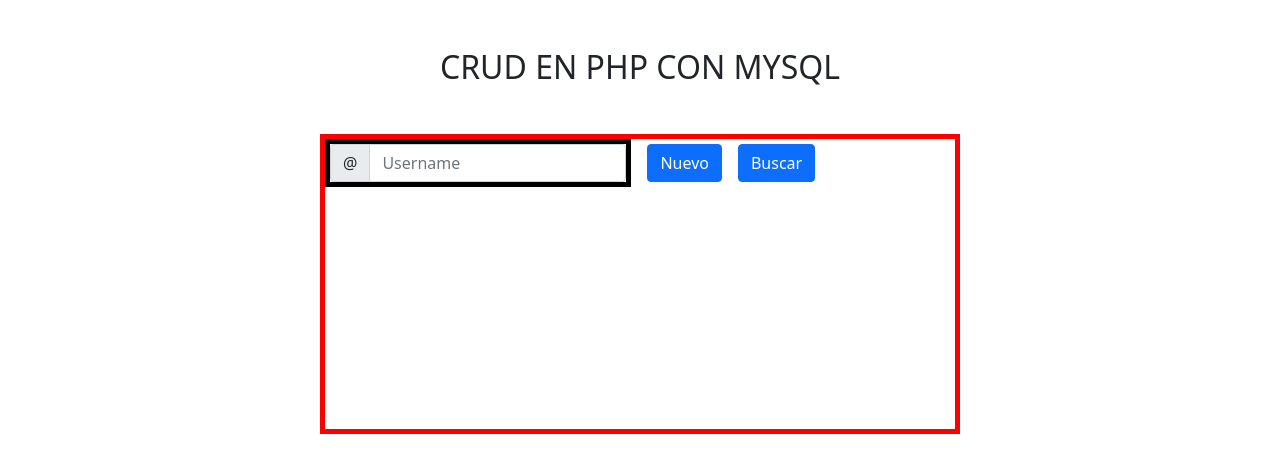
Repository: nder1996/CRUD_SENCILLO
Page: http://localhost/
The author's editor kept a copy of each file at every save. The page is drawn from the files as they stood at one save, then again after the next save.
The browser window is 1280 px wide. The pictures show the whole page.
The page is run by PHP 8.4 with error messages shown; the project is at /var/www/html/.

Above is the page before, as saved 2021-10-04 19:48:14.

### CRUD - SILENCIADO/index.php
<!DOCTYPE html>
<html lang="en">
<head>
    <meta charset="UTF-8">
    <meta http-equiv="X-UA-Compatible" content="IE=edge">
    <meta name="viewport" content="width=device-width, initial-scale=1.0">
    <title>CRUD PHP</title>
    <link href="https://cdn.jsdelivr.net/npm/bootstrap@5.1.1/dist/css/bootstrap.min.css" rel="stylesheet" integrity="sha384-F3w7mX95PdgyTmZZMECAngseQB83DfGTowi0iMjiWaeVhAn4FJkqJByhZMI3AhiU" crossorigin="anonymous">
    <link rel="stylesheet" href="css/estilos.css">
    <link rel="stylesheet" href="https://cdnjs.cloudflare.com/ajax/libs/bootstrap-icons/1.5.0/font/bootstrap-icons.min.css" integrity="sha512-xnP2tOaCJnzp2d2IqKFcxuOiVCbuessxM6wuiolT9eeEJCyy0Vhcwa4zQvdrZNVqlqaxXhHqsSV1Ww7T2jSCUQ==" crossorigin="anonymous" referrerpolicy="no-referrer" />
</head>
<body>
    <h2 class="text-center mt-5">CRUD EN PHP CON MYSQL</h2>
    <div class="contenedor mt-5">
        <form class="row row-cols-lg-auto g-3 align-items-center">
            <div class="col-12">
              <label class="visually-hidden" for="inlineFormInputGroupUsername">Username</label>
              <div class="input-group">
                <div class="input-group-text">@</div>
                <input type="text" class="form-control" id="inlineFormInputGroupUsername" placeholder="Username">
              </div>
            </div>
            <div class="col-12">
              <button type="submit" class="btn btn-primary">Nuevo</button>
            </div>
            <div class="col-12">
                <button type="submit" class="btn btn-primary">Buscar</button>
              </div>
          </form>
        <!--
        <div class="input-group">
            <input type="text" class="form-control" placeholder="Recipient's username" aria-label="Recipient's username with two button addons">
            <button class="btn btn-outline-secondary" type="button"><i class="bi bi-search mr-5"></i></button>
            <button class="btn btn-outline-secondary" type="button"><i class="bi bi-file-earmark-plus"></i></button>
          </div>
        <div class="">
            <i class="bi bi-alarm"></i>
        </div>
        -->
    </div>
    <script src="https://cdn.jsdelivr.net/npm/bootstrap@5.1.1/dist/js/bootstrap.bundle.min.js" integrity="sha384-/bQdsTh/da6pkI1MST/rWKFNjaCP5gBSY4sEBT38Q/9RBh9AH40zEOg7Hlq2THRZ" crossorigin="anonymous"></script>
</body>
</html>

### CRUD - SILENCIADO/css/estilos.css
.contenedor{
    border:5px solid red;
    width: 50%;
    height: 300px;
    margin: auto;
}

.input-group{
    border:5px solid black;
}

After the next save:
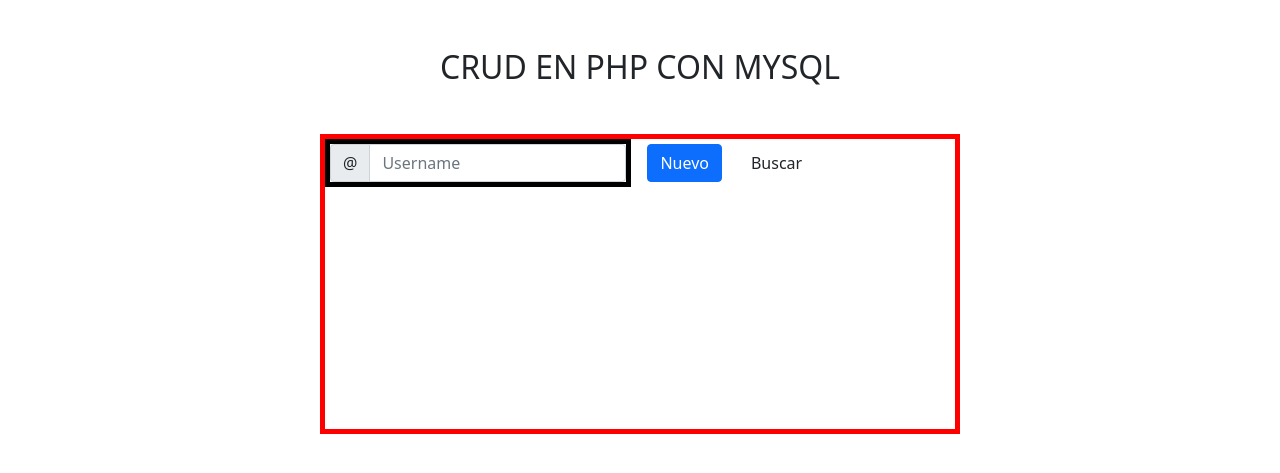
Saved 26 s later.
--- a/CRUD - SILENCIADO/index.php
+++ b/CRUD - SILENCIADO/index.php
@@ -24,7 +24,7 @@
               <button type="submit" class="btn btn-primary">Nuevo</button>
             </div>
             <div class="col-12">
-                <button type="submit" class="btn btn-primary">Buscar</button>
+                <button type="submit" class="btn btn-Secondary">Buscar</button>
               </div>
           </form>
         <!--
